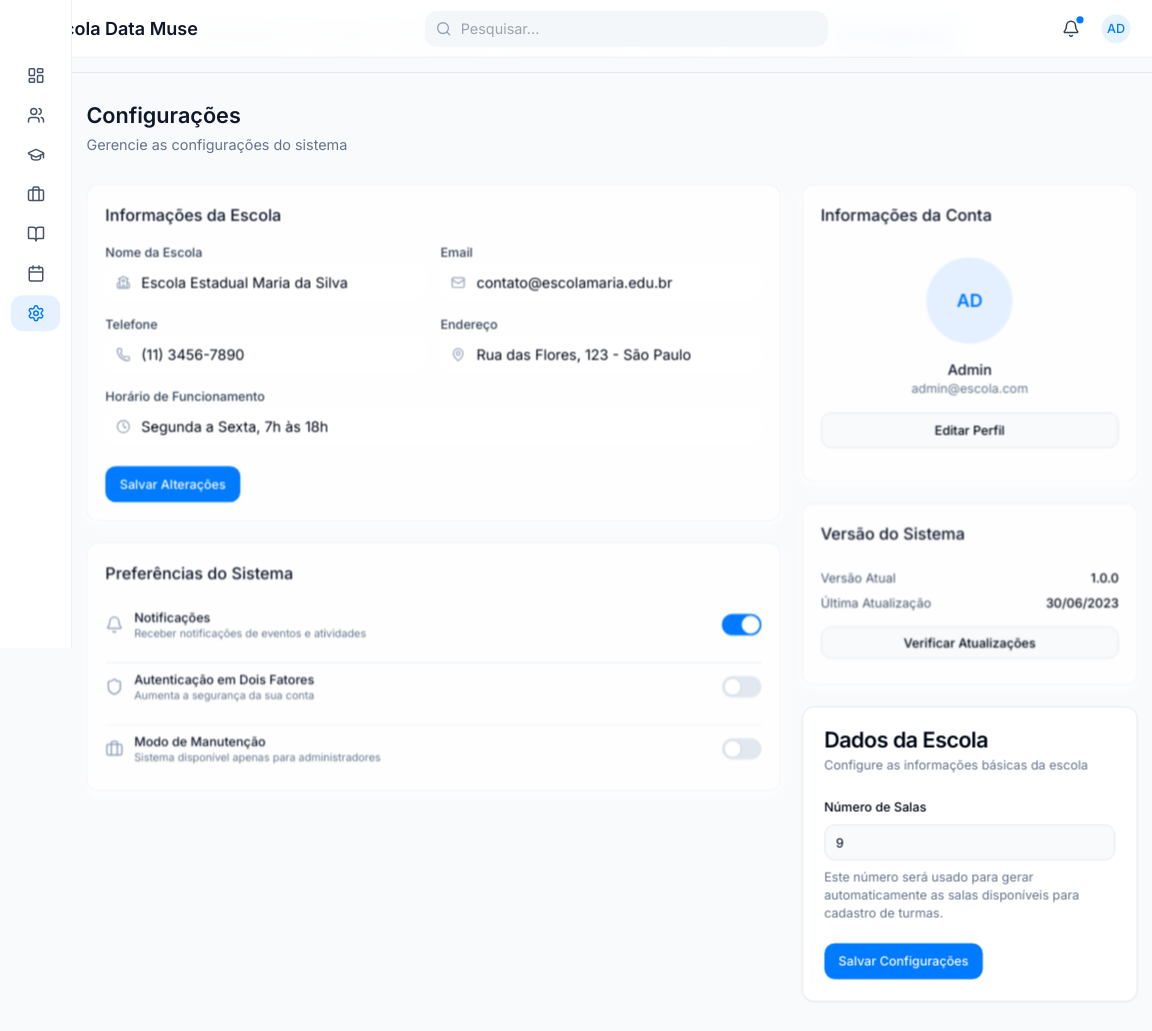
Repository: jonasuea/secretaria-online
Page: /settings
These files come from the project's save history. The page is drawn as it stood at one moment and after the next save; the edit follows.
The browser window is 1280 px wide. The pictures show the whole page, at 90% of full size.
The project was rebuilt for these pictures with package versions that can differ from the ones it lists, and the page was loaded fresh each time. Also part of the build but not shown: vite.config.ts, src/components/ui/tooltip.tsx, src/components/dashboard/DashboardCard.tsx, src/components/dashboard/StatCard.tsx, src/components/ui/dialog.tsx, src/components/ui/avatar.tsx, src/components/ui/badge.tsx, src/components/dashboard/SearchResultDialog.tsx and 36 more.

Above is the page before, as saved 2025-03-28 01:55:11.

### index.html
<!DOCTYPE html>
<html lang="en">
  <head>
    <meta charset="UTF-8" />
    <meta name="viewport" content="width=device-width, initial-scale=1.0" />
    <title>escola-data-muse</title>
    <meta name="description" content="Lovable Generated Project" />
    <meta name="author" content="Lovable" />

    <meta property="og:title" content="Lovable Generated Project" />
    <meta property="og:description" content="Lovable Generated Project" />
    <meta property="og:type" content="website" />
    <meta property="og:image" content="https://lovable.dev/opengraph-image-p98pqg.png" />

    <meta name="twitter:card" content="summary_large_image" />
    <meta name="twitter:site" content="@lovable_dev" />
    <meta name="twitter:image" content="https://lovable.dev/opengraph-image-p98pqg.png" />
  </head>

  <body>
    <div id="root"></div>
    <!-- IMPORTANT: DO NOT REMOVE THIS SCRIPT TAG OR THIS VERY COMMENT! -->
    <script src="https://cdn.gpteng.co/gptengineer.js" type="module"></script>
    <script type="module" src="/src/main.tsx"></script>
  </body>
</html>

### src/components/ui/toaster.tsx
import { useToast } from "@/hooks/use-toast"
import {
  Toast,
  ToastClose,
  ToastDescription,
  ToastProvider,
  ToastTitle,
  ToastViewport,
} from "@/components/ui/toast"

export function Toaster() {
  const { toasts } = useToast()

  return (
    <ToastProvider>
      {toasts.map(function ({ id, title, description, action, ...props }) {
        return (
          <Toast key={id} {...props}>
            <div className="grid gap-1">
              {title && <ToastTitle>{title}</ToastTitle>}
              {description && (
                <ToastDescription>{description}</ToastDescription>
              )}
            </div>
            {action}
            <ToastClose />
          </Toast>
        )
      })}
      <ToastViewport />
    </ToastProvider>
  )
}

### src/components/ui/sonner.tsx
import { useTheme } from "next-themes"
import { Toaster as Sonner } from "sonner"

type ToasterProps = React.ComponentProps<typeof Sonner>

const Toaster = ({ ...props }: ToasterProps) => {
  const { theme = "system" } = useTheme()

  return (
    <Sonner
      theme={theme as ToasterProps["theme"]}
      className="toaster group"
      toastOptions={{
        classNames: {
          toast:
            "group toast group-[.toaster]:bg-background group-[.toaster]:text-foreground group-[.toaster]:border-border group-[.toaster]:shadow-lg",
          description: "group-[.toast]:text-muted-foreground",
          actionButton:
            "group-[.toast]:bg-primary group-[.toast]:text-primary-foreground",
          cancelButton:
            "group-[.toast]:bg-muted group-[.toast]:text-muted-foreground",
        },
      }}
      {...props}
    />
  )
}

export { Toaster }

### src/pages/Settings.tsx
import React from 'react';
import { School, Mail, Phone, MapPin, Clock, Shield, Bell, Briefcase } from 'lucide-react';
import PageContainer from '../components/layout/PageContainer';
import BlurOverlay from '../components/ui/BlurOverlay';
import { Button } from '../components/ui/button';
import SchoolSettings from '../components/settings/SchoolSettings';

const Settings = () => {
  return (
    <PageContainer
      title="Configurações"
      subtitle="Gerencie as configurações do sistema"
    >
      <div className="grid grid-cols-1 md:grid-cols-3 gap-6">
        <div className="md:col-span-2 space-y-6">
          <BlurOverlay className="p-5">
            <h2 className="text-lg font-medium text-slate-900 mb-4">Informações da Escola</h2>

            <div className="space-y-4">
              <div className="grid grid-cols-1 md:grid-cols-2 gap-4">
                <div>
                  <label className="block text-sm font-medium text-slate-700 mb-1">
                    Nome da Escola
                  </label>
                  <div className="relative">
                    <div className="absolute inset-y-0 left-0 pl-3 flex items-center pointer-events-none">
                      <School size={16} className="text-slate-400" />
                    </div>
                    <input
                      type="text"
                      className="w-full pl-10 py-2 border-slate-300 rounded-lg focus:ring-primary focus:border-primary"
                      defaultValue="Escola Estadual Maria da Silva"
                    />
                  </div>
                </div>

                <div>
                  <label className="block text-sm font-medium text-slate-700 mb-1">
                    Email
                  </label>
                  <div className="relative">
                    <div className="absolute inset-y-0 left-0 pl-3 flex items-center pointer-events-none">
                      <Mail size={16} className="text-slate-400" />
                    </div>
                    <input
                      type="email"
                      className="w-full pl-10 py-2 border-slate-300 rounded-lg focus:ring-primary focus:border-primary"
                      defaultValue="contato@escolamaria.edu.br"
                    />
                  </div>
                </div>
              </div>

              <div className="grid grid-cols-1 md:grid-cols-2 gap-4">
                <div>
                  <label className="block text-sm font-medium text-slate-700 mb-1">
                    Telefone
                  </label>
                  <div className="relative">
                    <div className="absolute inset-y-0 left-0 pl-3 flex items-center pointer-events-none">
                      <Phone size={16} className="text-slate-400" />
                    </div>
                    <input
                      type="tel"
                      className="w-full pl-10 py-2 border-slate-300 rounded-lg focus:ring-primary focus:border-primary"
                      defaultValue="(11) 3456-7890"
                    />
                  </div>
                </div>

                <div>
                  <label className="block text-sm font-medium text-slate-700 mb-1">
                    Endereço
                  </label>
                  <div className="relative">
                    <div className="absolute inset-y-0 left-0 pl-3 flex items-center pointer-events-none">
                      <MapPin size={16} className="text-slate-400" />
                    </div>
                    <input
                      type="text"
                      className="w-full pl-10 py-2 border-slate-300 rounded-lg focus:ring-primary focus:border-primary"
                      defaultValue="Rua das Flores, 123 - São Paulo"
                    />
                  </div>
                </div>
              </div>

              <div>
                <label className="block text-sm font-medium text-slate-700 mb-1">
                  Horário de Funcionamento
                </label>
                <div className="relative">
                  <div className="absolute inset-y-0 left-0 pl-3 flex items-center pointer-events-none">
                    <Clock size={16} className="text-slate-400" />
                  </div>
                  <input
                    type="text"
                    className="w-full pl-10 py-2 border-slate-300 rounded-lg focus:ring-primary focus:border-primary"
                    defaultValue="Segunda a Sexta, 7h às 18h"
                  />
                </div>
              </div>

              <div className="pt-2">
                <Button className="w-full sm:w-auto bg-primary">Salvar Alterações</Button>
              </div>
            </div>
          </BlurOverlay>

          <BlurOverlay className="p-5">
            <h2 className="text-lg font-medium text-slate-900 mb-4">Preferências do Sistema</h2>

            <div className="space-y-4">
              <div className="flex items-center justify-between py-2">
                <div className="flex items-center gap-3">
                  <Bell size={20} className="text-slate-400" />
                  <div>
                    <h3 className="text-sm font-medium text-slate-900">Notificações</h3>
                    <p className="text-xs text-slate-500">Receber notificações de eventos e atividades</p>
                  </div>
                </div>
                <label className="relative inline-flex items-center cursor-pointer">
                  <input type="checkbox" className="sr-only peer" defaultChecked />
                  <div className="w-11 h-6 bg-slate-200 peer-focus:outline-none peer-focus:ring-4 peer-focus:ring-primary/20 rounded-full peer peer-checked:after:translate-x-full peer-checked:after:border-white after:content-[''] after:absolute after:top-[2px] after:left-[2px] after:bg-white after:border-slate-300 after:border after:rounded-full after:h-5 after:w-5 after:transition-all peer-checked:bg-primary"></div>
                </label>
              </div>

              <div className="flex items-center justify-between py-2 border-t border-slate-200/70">
                <div className="flex items-center gap-3">
                  <Shield size={20} className="text-slate-400" />
                  <div>
                    <h3 className="text-sm font-medium text-slate-900">Autenticação em Dois Fatores</h3>
                    <p className="text-xs text-slate-500">Aumenta a segurança da sua conta</p>
                  </div>
                </div>
                <label className="relative inline-flex items-center cursor-pointer">
                  <input type="checkbox" className="sr-only peer" />
                  <div className="w-11 h-6 bg-slate-200 peer-focus:outline-none peer-focus:ring-4 peer-focus:ring-primary/20 rounded-full peer peer-checked:after:translate-x-full peer-checked:after:border-white after:content-[''] after:absolute after:top-[2px] after:left-[2px] after:bg-white after:border-slate-300 after:border after:rounded-full after:h-5 after:w-5 after:transition-all peer-checked:bg-primary"></div>
                </label>
              </div>

              <div className="flex items-center justify-between py-2 border-t border-slate-200/70">
                <div className="flex items-center gap-3">
                  <Briefcase size={20} className="text-slate-400" />
                  <div>
                    <h3 className="text-sm font-medium text-slate-900">Modo de Manutenção</h3>
                    <p className="text-xs text-slate-500">Sistema disponível apenas para administradores</p>
                  </div>
                </div>
                <label className="relative inline-flex items-center cursor-pointer">
                  <input type="checkbox" className="sr-only peer" />
                  <div className="w-11 h-6 bg-slate-200 peer-focus:outline-none peer-focus:ring-4 peer-focus:ring-primary/20 rounded-full peer peer-checked:after:translate-x-full peer-checked:after:border-white after:content-[''] after:absolute after:top-[2px] after:left-[2px] after:bg-white after:border-slate-300 after:border after:rounded-full after:h-5 after:w-5 after:transition-all peer-checked:bg-primary"></div>
                </label>
              </div>
            </div>
          </BlurOverlay>
        </div>

        <div className="space-y-6">
          <BlurOverlay className="p-5">
            <h2 className="text-lg font-medium text-slate-900 mb-4">Informações da Conta</h2>

            <div className="flex flex-col items-center py-4">
              <div className="w-24 h-24 rounded-full bg-primary/10 flex items-center justify-center mb-4">
                <span className="text-primary text-xl font-semibold">AD</span>
              </div>

              <h3 className="text-base font-medium text-slate-900">Admin</h3>
              <p className="text-sm text-slate-500">admin@escola.com</p>

              <div className="mt-4 w-full">
                <Button variant="outline" className="w-full">
                  Editar Perfil
                </Button>
              </div>
            </div>
          </BlurOverlay>

          <BlurOverlay className="p-5">
            <h2 className="text-lg font-medium text-slate-900 mb-4">Versão do Sistema</h2>

            <div className="py-2">
              <div className="flex items-center justify-between mb-2">
                <span className="text-sm text-slate-600">Versão Atual</span>
                <span className="text-sm font-medium">1.0.0</span>
              </div>

              <div className="flex items-center justify-between">
                <span className="text-sm text-slate-600">Última Atualização</span>
                <span className="text-sm font-medium">30/06/2023</span>
              </div>

              <div className="mt-4">
                <Button variant="outline" size="sm" className="w-full">
                  Verificar Atualizações
                </Button>
              </div>
            </div>
          </BlurOverlay>

          <SchoolSettings />
        </div>
      </div>
    </PageContainer>
  );
};

export default Settings;

### src/components/layout/TabsNavigation.tsx

import { useLocation, useNavigate } from 'react-router-dom';
import { Tabs, TabsList, TabsTrigger } from "@/components/ui/tabs";
import {
  LayoutDashboard,
  Users,
  GraduationCap,
  BookOpen,
  Calendar,
  Settings,
  Briefcase
} from 'lucide-react';

const routes = [
  { path: '/', label: 'Dashboard', icon: LayoutDashboard },
  { path: '/students', label: 'Alunos', icon: Users },
  { path: '/teachers', label: 'Professores', icon: GraduationCap },
  { path: '/management-team', label: 'Equipe Gestora', icon: Briefcase },
  { path: '/classes', label: 'Turmas', icon: BookOpen },
  { path: '/calendar', label: 'Calendário', icon: Calendar },
  { path: '/settings', label: 'Configurações', icon: Settings },
];

const TabsNavigation = () => {
  const location = useLocation();
  const navigate = useNavigate();
  const currentPath = location.pathname === '/' ? '/' : `/${location.pathname.split('/')[1]}`;

  const handleTabChange = (value: string) => {
    navigate(value);
  };

  return (
    <div className="w-full flex justify-center py-4 px-4 border-b">
      <Tabs
        defaultValue={currentPath}
        value={currentPath}
        onValueChange={handleTabChange}
        className="w-full max-w-3xl"
      >
        <TabsList className="w-full h-12 bg-background border">
          {routes.map((route) => (
            <TabsTrigger
              key={route.path}
              value={route.path}
              className="flex items-center gap-2 flex-1 h-full data-[state=active]:bg-primary/10 data-[state=active]:text-primary"
            >
              <route.icon className="h-4 w-4" />
              <span className="hidden sm:inline">{route.label}</span>
            </TabsTrigger>
          ))}
        </TabsList>
      </Tabs>
    </div>
  );
};

export default TabsNavigation;

### src/hooks/use-sidebar.tsx

import * as React from "react";

interface SidebarContextType {
  isOpen: boolean;
  toggleSidebar: () => void;
  closeSidebar: () => void;
  openSidebar: () => void;
}

const SidebarContext = React.createContext<SidebarContextType | undefined>(undefined);

export function SidebarProvider({ children }: { children: React.ReactNode }) {
  const [isOpen, setIsOpen] = React.useState(true);

  const toggleSidebar = React.useCallback(() => {
    setIsOpen(prev => !prev);
  }, []);

  const closeSidebar = React.useCallback(() => {
    setIsOpen(false);
  }, []);

  const openSidebar = React.useCallback(() => {
    setIsOpen(true);
  }, []);

  const value = React.useMemo(() => ({
    isOpen,
    toggleSidebar,
    closeSidebar,
    openSidebar
  }), [isOpen, toggleSidebar, closeSidebar, openSidebar]);

  return (
    <SidebarContext.Provider value={value}>
      {children}
    </SidebarContext.Provider>
  );
}

export function useSidebar() {
  const context = React.useContext(SidebarContext);
  if (context === undefined) {
    throw new Error("useSidebar must be used within a SidebarProvider");
  }
  return context;
}

### src/components/layout/PageContainer.tsx

import React from 'react';
import { useSidebar } from '../../hooks/use-sidebar';

interface PageContainerProps {
  children: React.ReactNode;
  title?: string;
  subtitle?: string;
}

const PageContainer: React.FC<PageContainerProps> = ({
  children,
  title,
  subtitle
}) => {
  const { isOpen } = useSidebar();

  return (
    <div
      className={`
        pt-8 px-4 pb-8 min-h-screen
        transition-all duration-300 ease-in-out
        md:pl-${isOpen ? '64' : '20'}
        page-container
      `}
      style={{
        paddingLeft: isOpen ? 'calc(16rem + 1rem)' : 'calc(5rem + 1rem)'
      }}
    >
      {(title || subtitle) && (
        <div className="mb-8 content-appear">
          {title && <h1 className="text-2xl font-semibold text-slate-900">{title}</h1>}
          {subtitle && <p className="mt-1 text-slate-500">{subtitle}</p>}
        </div>
      )}

      <div className="content-appear animation-delay-150">
        {children}
      </div>
    </div>
  );
};

export default PageContainer;

### src/components/ui/BlurOverlay.tsx

import React from 'react';
import { cn } from '../../lib/utils';

interface BlurOverlayProps {
  children: React.ReactNode;
  className?: string;
  intensity?: 'light' | 'medium' | 'heavy';
  style?: React.CSSProperties;
}

const BlurOverlay: React.FC<BlurOverlayProps> = ({
  children,
  className,
  intensity = 'medium',
  style
}) => {
  const blurIntensity = {
    light: 'backdrop-blur-sm bg-white/70',
    medium: 'backdrop-blur-md bg-white/80',
    heavy: 'backdrop-blur-lg bg-white/90'
  };

  return (
    <div
      className={cn(
        'rounded-xl border border-slate-200/50 shadow-card',
        blurIntensity[intensity],
        className
      )}
      style={style}
    >
      {children}
    </div>
  );
};

export default BlurOverlay;

### src/components/ui/input.tsx
import * as React from "react"

import { cn } from "@/lib/utils"

const Input = React.forwardRef<HTMLInputElement, React.ComponentProps<"input">>(
  ({ className, type, ...props }, ref) => {
    return (
      <input
        type={type}
        className={cn(
          "flex h-10 w-full rounded-md border border-input bg-background px-3 py-2 text-base ring-offset-background file:border-0 file:bg-transparent file:text-sm file:font-medium file:text-foreground placeholder:text-muted-foreground focus-visible:outline-none focus-visible:ring-2 focus-visible:ring-ring focus-visible:ring-offset-2 disabled:cursor-not-allowed disabled:opacity-50 md:text-sm",
          className
        )}
        ref={ref}
        {...props}
      />
    )
  }
)
Input.displayName = "Input"

export { Input }

### src/components/ui/label.tsx
import * as React from "react"
import * as LabelPrimitive from "@radix-ui/react-label"
import { cva, type VariantProps } from "class-variance-authority"

import { cn } from "@/lib/utils"

const labelVariants = cva(
  "text-sm font-medium leading-none peer-disabled:cursor-not-allowed peer-disabled:opacity-70"
)

const Label = React.forwardRef<
  React.ElementRef<typeof LabelPrimitive.Root>,
  React.ComponentPropsWithoutRef<typeof LabelPrimitive.Root> &
    VariantProps<typeof labelVariants>
>(({ className, ...props }, ref) => (
  <LabelPrimitive.Root
    ref={ref}
    className={cn(labelVariants(), className)}
    {...props}
  />
))
Label.displayName = LabelPrimitive.Root.displayName

export { Label }

Loaded but not shown: src/main.tsx (common file); src/hooks/use-toast.ts (common file); src/lib/utils.ts (common file); src/hooks/use-mobile.tsx (common file); src/components/ui/toast.tsx (127 lines, source omitted); tailwind.config.ts (124 lines, source omitted); src/components/layout/Sidebar.tsx (135 lines, source omitted); src/App.tsx (69 lines, source omitted); src/index.css (115 lines, source omitted); src/components/layout/Header.tsx (49 lines, source omitted); src/components/settings/SchoolSettings.tsx (64 lines, source omitted); src/components/ui/button.tsx (56 lines, source omitted); src/components/ui/tabs.tsx (53 lines, source omitted); src/components/ui/card.tsx (79 lines, source omitted)

After the next save:
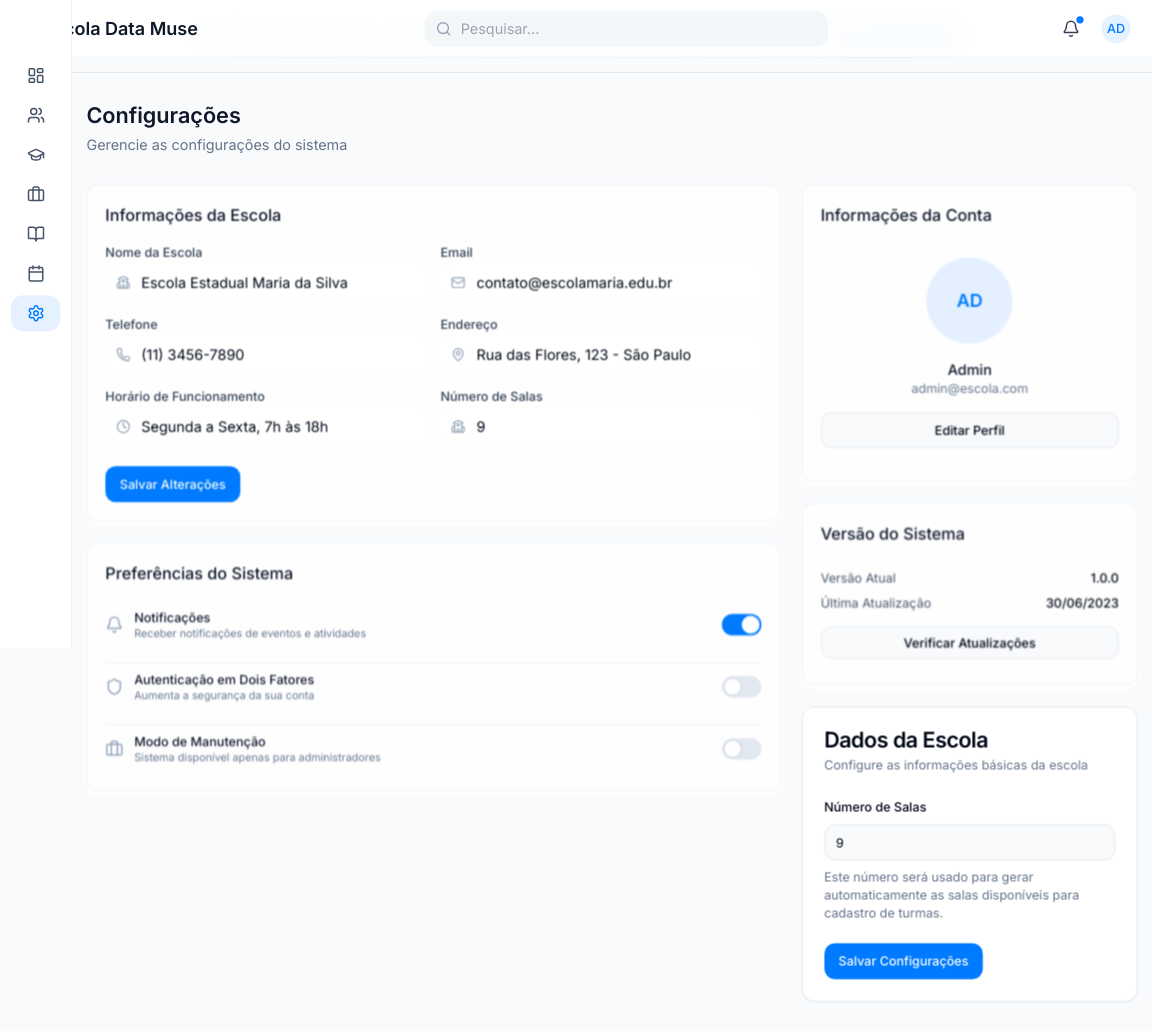
Saved 106 s later.
--- a/src/pages/Settings.tsx
+++ b/src/pages/Settings.tsx
@@ -85,19 +85,39 @@ const Settings = () => {
                 </div>
               </div>
 
-              <div>
-                <label className="block text-sm font-medium text-slate-700 mb-1">
-                  Horário de Funcionamento
-                </label>
-                <div className="relative">
-                  <div className="absolute inset-y-0 left-0 pl-3 flex items-center pointer-events-none">
-                    <Clock size={16} className="text-slate-400" />
-                  </div>
-                  <input
-                    type="text"
-                    className="w-full pl-10 py-2 border-slate-300 rounded-lg focus:ring-primary focus:border-primary"
-                    defaultValue="Segunda a Sexta, 7h às 18h"
-                  />
+              <div className="grid grid-cols-1 md:grid-cols-2 gap-4">
+                <div>
+                  <label className="block text-sm font-medium text-slate-700 mb-1">
+                    Horário de Funcionamento
+                  </label>
+                  <div className="relative">
+                    <div className="absolute inset-y-0 left-0 pl-3 flex items-center pointer-events-none">
+                      <Clock size={16} className="text-slate-400" />
+                    </div>
+                    <input
+                      type="text"
+                      className="w-full pl-10 py-2 border-slate-300 rounded-lg focus:ring-primary focus:border-primary"
+                      defaultValue="Segunda a Sexta, 7h às 18h"
+                    />
+                  </div>
+                </div>
+
+                <div>
+                  <label className="block text-sm font-medium text-slate-700 mb-1">
+                    Número de Salas
+                  </label>
+                  <div className="relative">
+                    <div className="absolute inset-y-0 left-0 pl-3 flex items-center pointer-events-none">
+                      <School size={16} className="text-slate-400" />
+                    </div>
+                    <input
+                      type="number"
+                      min="1"
+                      className="w-full pl-10 py-2 border-slate-300 rounded-lg focus:ring-primary focus:border-primary"
+                      defaultValue={localStorage.getItem('schoolNumberOfRooms') || "9"}
+                      onChange={(e) => localStorage.setItem('schoolNumberOfRooms', e.target.value)}
+                    />
+                  </div>
                 </div>
               </div>
 
